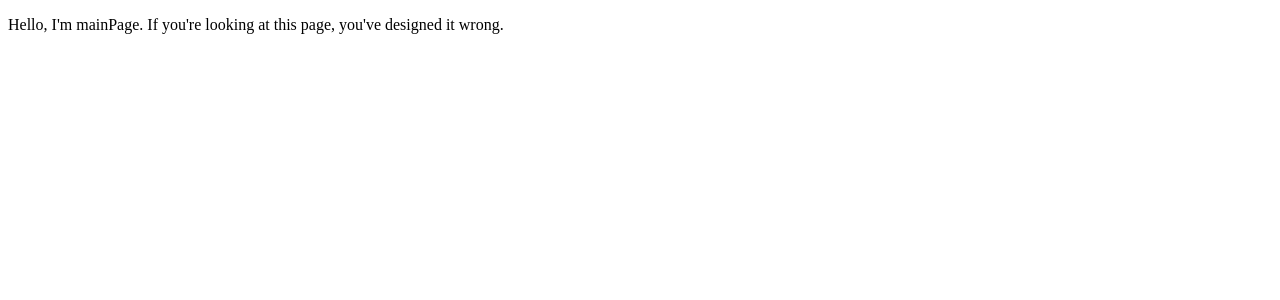
Repository: Heongilee/JspPractice
Page: http://localhost/Pjt004/redirectPage.jsp
These files come from the project's save history. The page is drawn as it stood at one moment and after the next save; the edit follows.
The browser window is 1280 px wide. The pictures show the whole page.
The page is served by Tomcat 9.

Above is the page before, as saved 2020-12-29 10:06:39.

### Pjt004/WebContent/redirectPage.jsp
<%@ page language="java" contentType="text/html; charset=EUC-KR"
pageEncoding="EUC-KR"%>
<!DOCTYPE html>
<html>
	<head>
		<meta charset="EUC-KR">
		<title>Insert title here</title>
	</head>
	<body>
		<p> Hello, I'm mainPage. If you're looking at this page, you've designed it wrong.</p>
	</body>
</html>

After the next save:
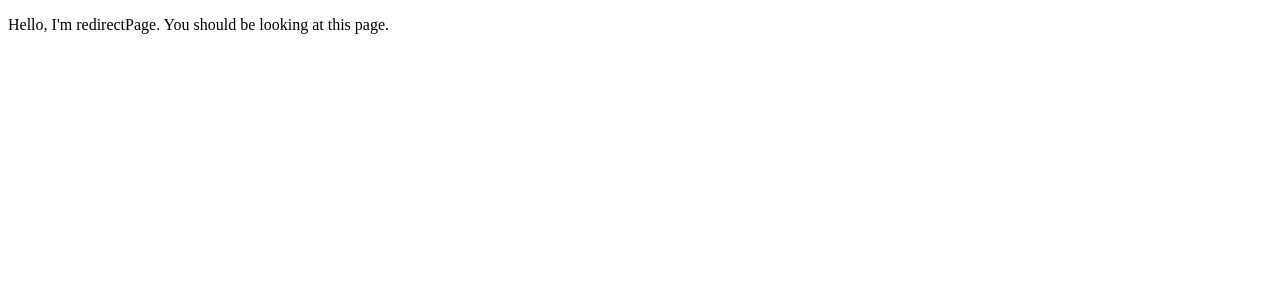
Saved 48 s later.
--- a/Pjt004/WebContent/redirectPage.jsp
+++ b/Pjt004/WebContent/redirectPage.jsp
@@ -7,6 +7,6 @@ pageEncoding="EUC-KR"%>
 		<title>Insert title here</title>
 	</head>
 	<body>
-		<p> Hello, I'm mainPage. If you're looking at this page, you've designed it wrong.</p>
+		<p> Hello, I'm redirectPage. You should be looking at this page.</p>
 	</body>
 </html>
